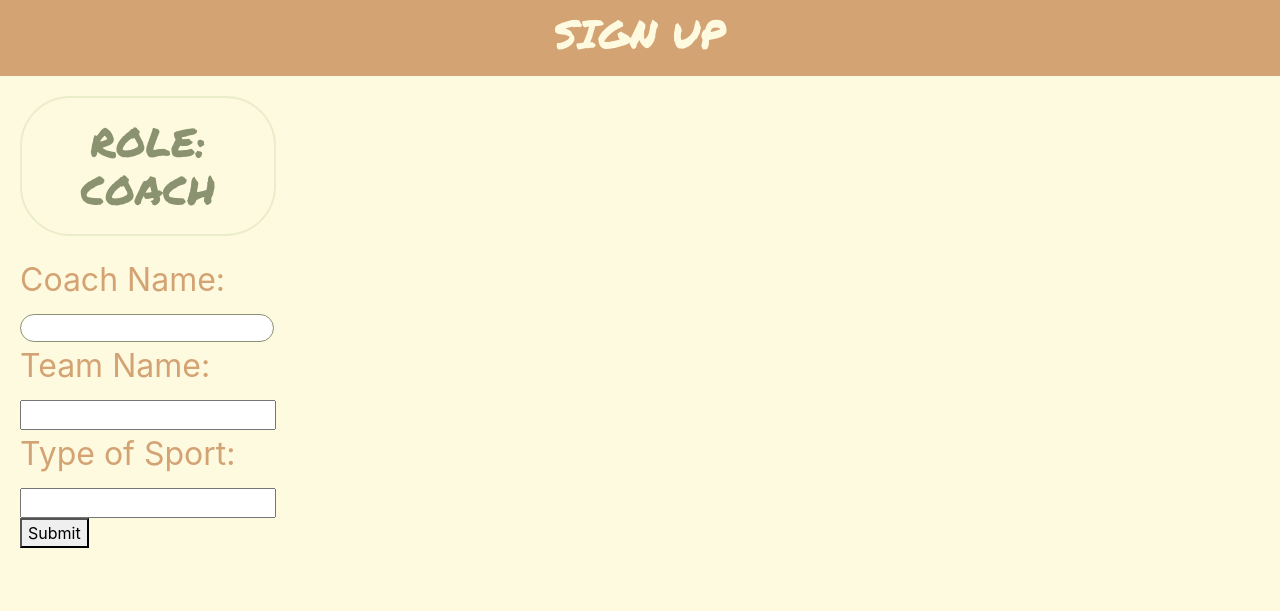
Repository: Aryaholmukhe/treasureHacks
Page: http://localhost/coach
An editor plug-in stored every save of this project. The page is shown before and after a run of saves, followed by the edit.
The browser window is 1280 px wide. The pictures show the whole page.
The page is served by the project's Node server (server.js). Queries for data that is not in the repository find no rows.

Above is the page before, as saved 2022-03-26 19:50:11.
Console error: ReferenceError: Coach is not defined

### views/signup/coach.ejs
<html lang="en">

<head>
    <meta charset="UTF-8">
    <meta http-equiv="X-UA-Compatible" content="IE=edge">
    <meta name="viewport" content="width=device-width, initial-scale=1.0">
    <link rel="stylesheet" href="https://cdn.jsdelivr.net/npm/bootstrap@4.6.1/dist/css/bootstrap.min.css">
    <script src="https://cdn.jsdelivr.net/npm/jquery@3.6.0/dist/jquery.slim.min.js"></script>
    <script src="https://cdn.jsdelivr.net/npm/popper.js@1.16.1/dist/umd/popper.min.js"></script>
    <script src="https://cdn.jsdelivr.net/npm/bootstrap@4.6.1/dist/js/bootstrap.bundle.min.js"></script>
    <link rel="preconnect" href="https://fonts.googleapis.com">
    <link rel="preconnect" href="https://fonts.gstatic.com" crossorigin>
    <link href="https://fonts.googleapis.com/css2?family=Permanent+Marker&display=swap" rel="stylesheet">
    <link rel="stylesheet" href="../views/public/main.css">

    <title>COACH SIGN UP</title>
</head>

<body style="background-color: #FEFAE0">

    <!-- CHANGE PADDINGS TO BOOTSTRAP4 -->
    <div class="header" style="color: #FEFAE0; text-align: center; font-family: 'Permanent Marker', cursive; background-color: #D4A373; padding: 10px 0px;">
        <h1>SIGN UP</h1>
    </div>

    <h1 class="role" style="font-family: 'Permanent Marker', cursive; color: #8A926F; padding: 20px 20px; border-radius: 50px; border: 2px solid #E9EDC9; width: 20%; margin: 20px 20px; text-align: center">ROLE: COACH</h1>

    <form action="/coach" method="post" style="margin-left: 20px">

        <label class="label" for="coachName" style="color: #D4A373; font-size: 32px;">Coach Name: </label>
        <input class="input" type="text" name="coachName" style="border: 1px solid #8A926F; background-color: none; border-radius: 50px">
<br>
        <label class="label" for="teamName" style="color: #D4A373; font-size: 32px;">Team Name: </label>
        <input class="input" type="text" name="teamName">
<br>
        <label class="label" for="sportType" style="color: #D4A373; font-size: 32px;">Type of Sport: </label>
        <input class="input" type="text" name="sportType">
<br>


            <button type="submit" class="add">Submit</button>
        </div>
    </form>
    </div>


    <script src="./coach.js"></script>

</html>

### server.js
//jshint esversion:6

const express = require("express");
const bodyParser = require("body-parser");
const mongoose = require("mongoose");
const _ = require("lodash");
const { join } = require("path");
require("dotenv").config();
const app = express();

// TWILIO STUFF

const accountSID = process.env.ACCOUNT_SID;
const authToken = process.env.AUTH_TOKEN;

const client = require('twilio')(accountSID, authToken);


app.set('view engine', 'ejs');

app.use(bodyParser.urlencoded({ extended: true }));
app.use(express.static("public"));

app.get("/auth_config.json", (req, res) => {
    res.sendFile(join(__dirname, "/auth_config.json"));
})

// for each team member
mongoose.connect("mongodb://localhost:27017/teamMembersDB", { useNewUrlParser: true });

const membersSchema = new mongoose.Schema({
    name: String,
    role: String,
    age: Number,
    email: String,
    phone: String,
    progress: []
});

let members = [];

const Member = mongoose.model("Member", membersSchema);

// to identify teams
const teamSchema = new mongoose.Schema({
    coachName: String,
    team: [{ name: String }, { sport: String }]
})

const Team = mongoose.model("Team", teamSchema);

// When no members are present
const noMember = new Member({
    name: "No members yet"
})


// get requests

app.get("/signup", (req, res) => {
    res.render("signup/signup")
})
let person = "";
app.get("/coach", (req, res) => {
    person = "Coach"
    res.render("signup/coach");
})

app.get("/player", (req, res) => {
    person = "Team Member"
    res.render("signup/player")
})

app.get("/", (req, res) => {
    Member.find({}, function (err, foundMembers) {

        if (foundMembers.length === 0) {
            members.push(noMember)
            Member.insertMany(members, function (err) {
                if (err) {
                    console.log(err);
                } else {
                    console.log("Successfully saved members to DB.");
                }
            });
            // res.redirect("/");
        } else {
            Member.deleteOne({ "name": "No members yet" }, (err, person) => {
                if (err) return handleError(err);
            })
            res.render('index', { allMembers: foundMembers, person: person })
        }
    });
})

app.get("/:personName", function (req, res) {
    const personName = _.capitalize(req.params.personName);

    Member.find({ id: personName }, (err, person) => {
        personName = person.name;
    })
    res.send(personName);
    // res.render("account", { personName: personName });
});


// post requests

app.post("/", (req, res) => {

    const playerName = req.body.newPlayer;
    const role = req.body.newRole;
    const listName = req.body.list;
    const player = new Member({
        name: playerName,
        role: role
    })
    player.save();
    res.redirect("/")
})

app.post("/delete", function (req, res) {
    const removedPlayer = req.body.checkbox;

    Member.findByIdAndRemove(removedPlayer, function (err) {
        if (!err) {
            console.log("Successfully deleted player.");
            res.redirect("/");
        } else { console.log(err) }
    });

})

app.post("/coach", (req, res) => {
    const coachName = req.body.coachName;
    const teamName = req.body.teamName;
    const sportType = req.body.sportType;
    teams = new Team({
        coachName: coachName,
        team: [{ name: teamName, sport: sportType }]
    })
    res.redirect("/")
})

app.post("/announcements", (req, res) => {
    const message = req.body.message;
    members.forEach(member => {
        client.messages.create({
            to: member.phone,
            from: process.env.TWILIO_PHONE_NUMBER, //is this going to be dynamic?
            body: message
        })
            .then((message) => {
                console.log(message.sid)
                res.redirect("/")
            });
    })
})

app.listen(3000, function () {
    console.log("Server started on port 3000");
});

### views/public/main.css
.hidden {
    display: none;
  }

  label {
    margin-bottom: 10px;
    display: block;
    color: purple;
  }
  body{
    background-color:blue;
  }

After the next 4 saves:
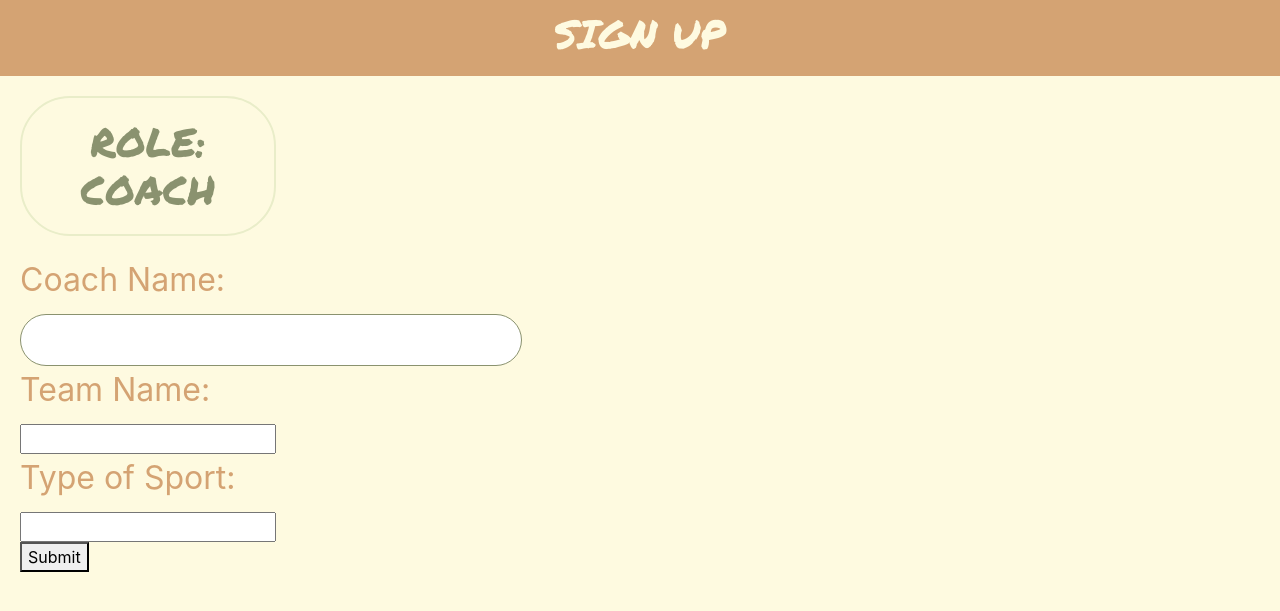
The 4 saves are shown as one change because 1 did not build or start and some came seconds apart.
The last was saved 9 s later.
--- a/views/signup/coach.ejs
+++ b/views/signup/coach.ejs
@@ -28,7 +28,7 @@
     <form action="/coach" method="post" style="margin-left: 20px">
 
         <label class="label" for="coachName" style="color: #D4A373; font-size: 32px;">Coach Name: </label>
-        <input class="input" type="text" name="coachName" style="border: 1px solid #8A926F; background-color: none; border-radius: 50px">
+        <input class="input" type="text" name="coachName" style="border: 1px solid #8A926F; background-color: none; border-radius: 50px; font-size: 32px">
 <br>
         <label class="label" for="teamName" style="color: #D4A373; font-size: 32px;">Team Name: </label>
         <input class="input" type="text" name="teamName">
--- a/server.js
+++ b/server.js
@@ -95,9 +95,9 @@ app.get("/", (req, res) => {
 
 app.get("/:personName", function (req, res) {
     const personName = _.capitalize(req.params.personName);
-
+    let person;
     Member.find({ id: personName }, (err, person) => {
-        personName = person.name;
+        person = person.name;
     })
     res.send(personName);
     // res.render("account", { personName: personName });
